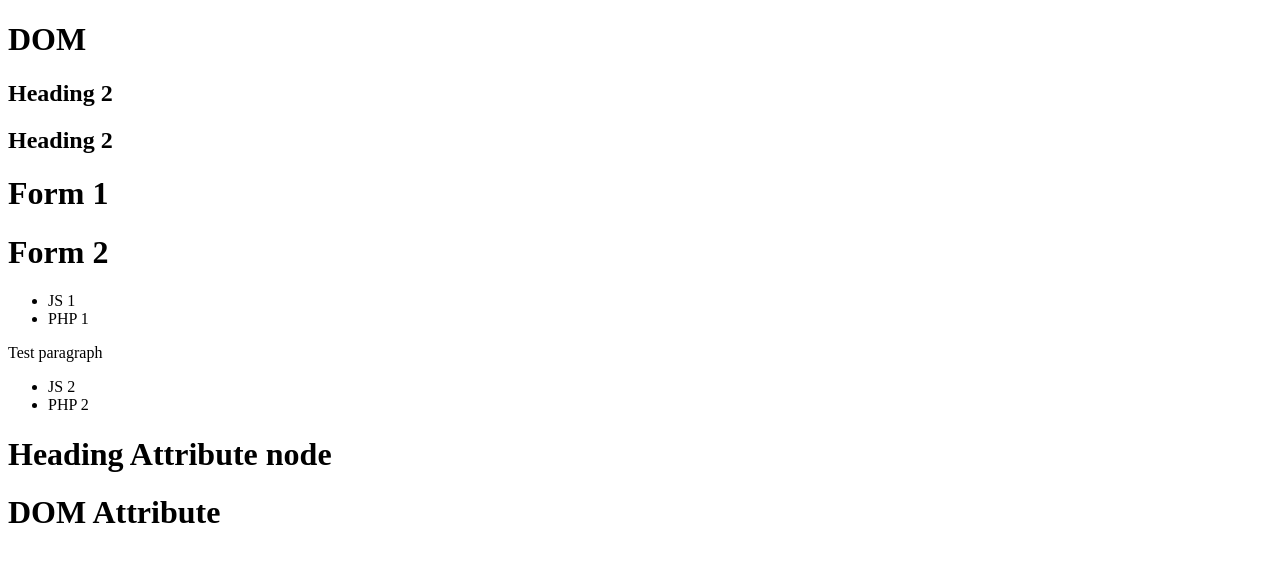
Repository: tannv3201/learn_JS_F8
Page: DOM/index.html
These files come from the project's save history. The page is drawn as it stood at one moment and after the next save; the edit follows.
The browser window is 1280 px wide. The pictures show the whole page.

Above is the page before, as saved 2022-08-06 22:22:10.

After the next save:
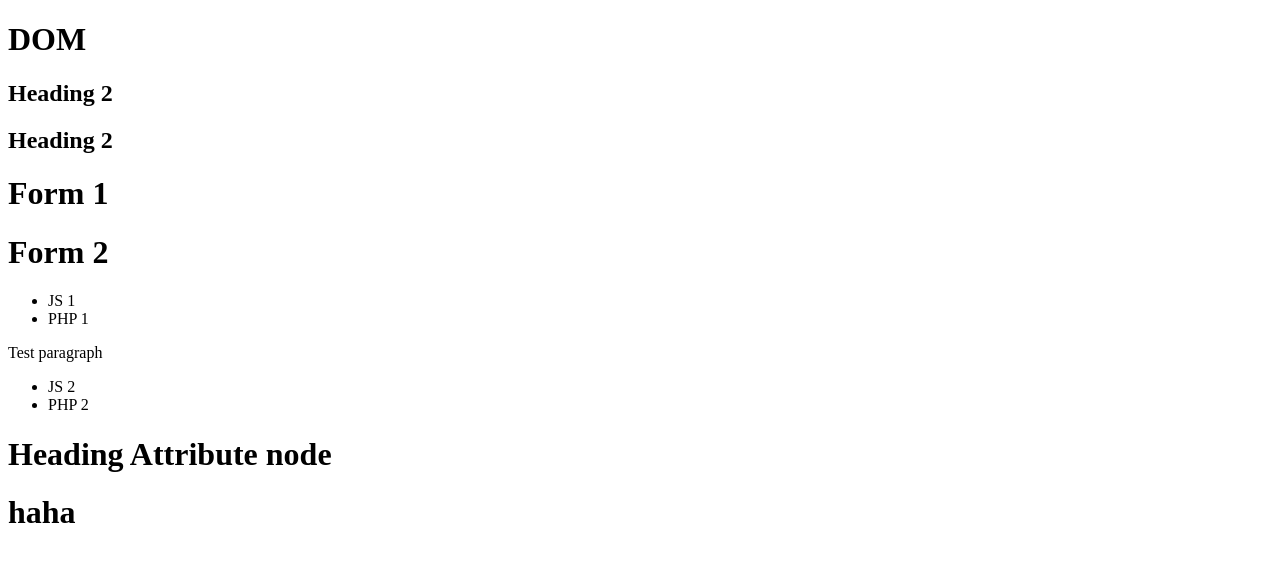
Saved 17 s later.
--- a/DOM/main.js
+++ b/DOM/main.js
@@ -85,4 +85,5 @@
 // DOM attributes
 var domAttr = document.querySelector('#dom-attr')
 domAttr.title = 'heading' //chỉ xuất hiện khi js được thực thi
+domAttr.innerHTML = 'haha'
 console.log(domAttr)

After the save that followed:
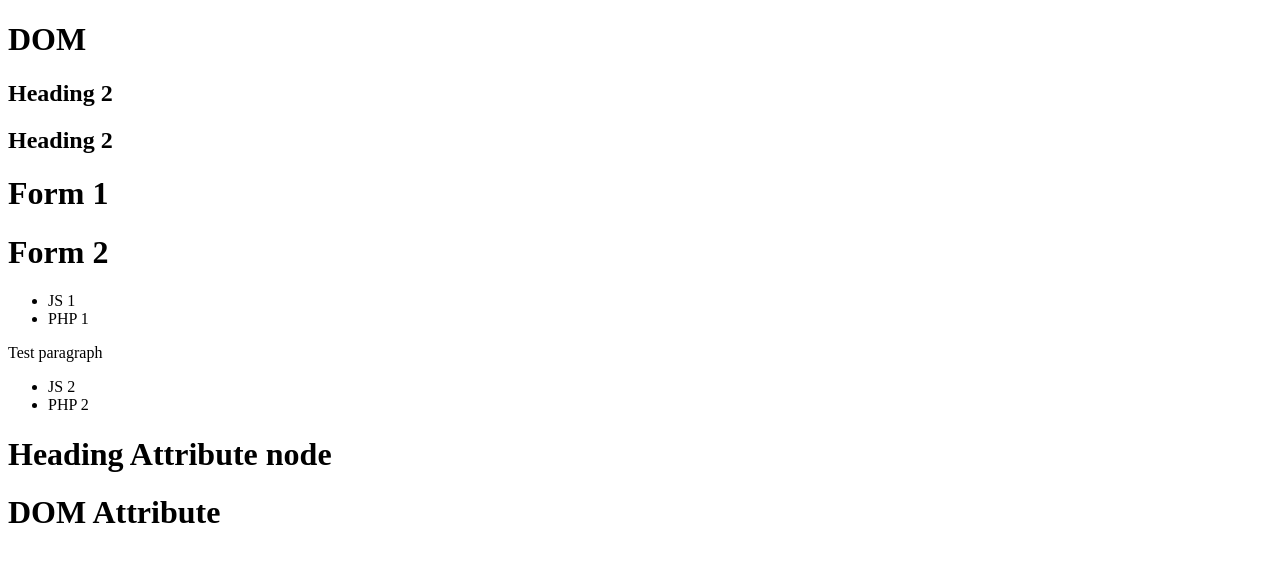
Saved 13 s later.
--- a/DOM/main.js
+++ b/DOM/main.js
@@ -85,5 +85,5 @@
 // DOM attributes
 var domAttr = document.querySelector('#dom-attr')
 domAttr.title = 'heading' //chỉ xuất hiện khi js được thực thi
-domAttr.innerHTML = 'haha'
+domAttr.id = 'id'
 console.log(domAttr)
